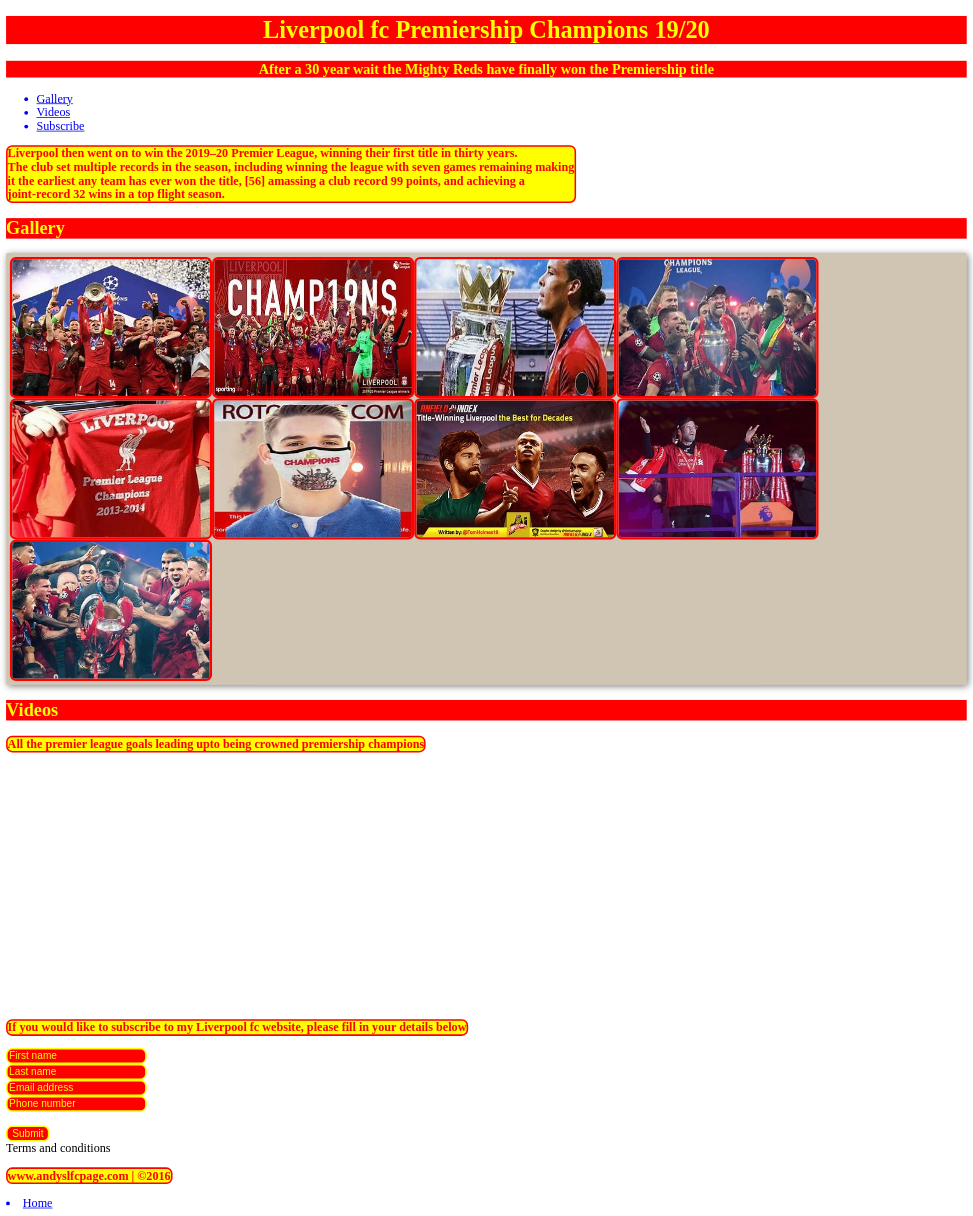
Repository: andyd71/HTML_and_CSS
Page: one_page_website/One_Page_Website.html
The author's editor kept a copy of each file at every save. The page is drawn from the files as they stood at one save, then again after the next save.
The browser window is 1280 px wide. The pictures show the whole page, at 76% of full size.
Pictures or frames that could not be fetched are drawn as grey boxes.

Above is the page before, as saved 2020-10-09 13:28:52.

After the next save:
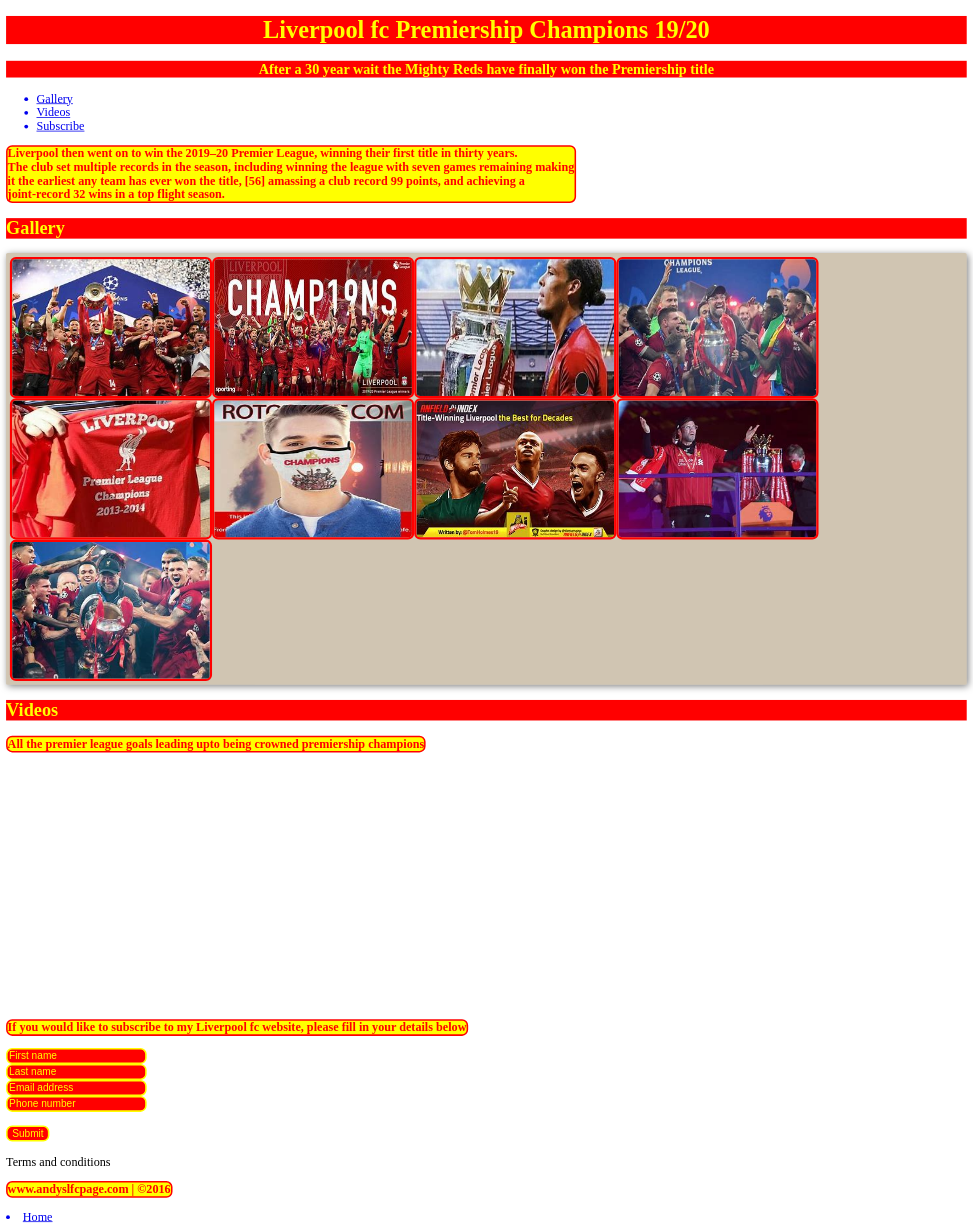
Saved 91 s later.
--- a/one_page_website/One_Page_Website.html
+++ b/one_page_website/One_Page_Website.html
@@ -63,7 +63,7 @@
 <input class="subscription" type="text" value="Last name"><br>
 <input class="subscription" type="text" value="Email address"><br>
 <input class="subscription" type="text" value="Phone number"><br><br>
-<input type="submit" value="Submit"><br>
+<input type="submit" value="Submit"><br><br>
 <label class="terms">Terms and conditions</label><br>
 
 </form>
